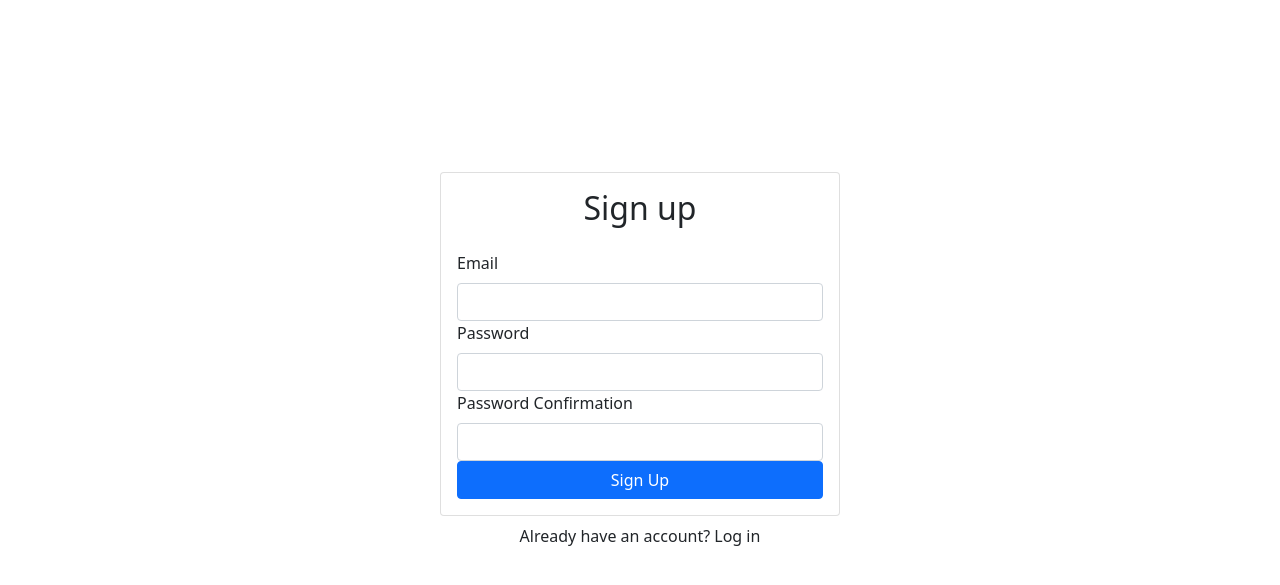
Repository: RickLeinecker/CompositionToday
Page: /login (app in frontend/)
The author's editor kept a copy of each file at every save. The page is drawn from the files as they stood at one save, then again after the next save.
The browser window is 1280 px wide. The pictures show the whole page.
The project was rebuilt for these pictures with package versions that can differ from the ones it lists, and the page was loaded fresh each time.

Above is the page before, as saved 2021-11-03 11:27:57.

After the next save:
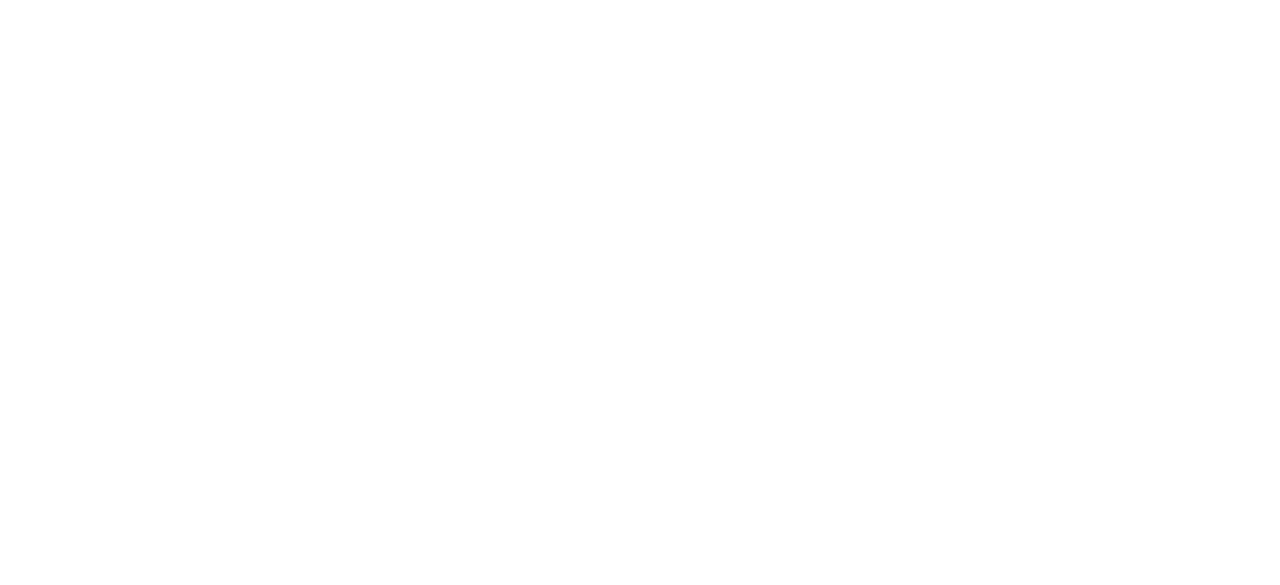
Saved 25 s later.
--- a/frontend/src/contexts/AuthContext.js
+++ b/frontend/src/contexts/AuthContext.js
@@ -32,7 +32,7 @@
 
     return (
         <AuthContext.Provider value={value}>
-            {children}
+            {loading && children}
         </AuthContext.Provider>
     )
 }

After the save that followed:
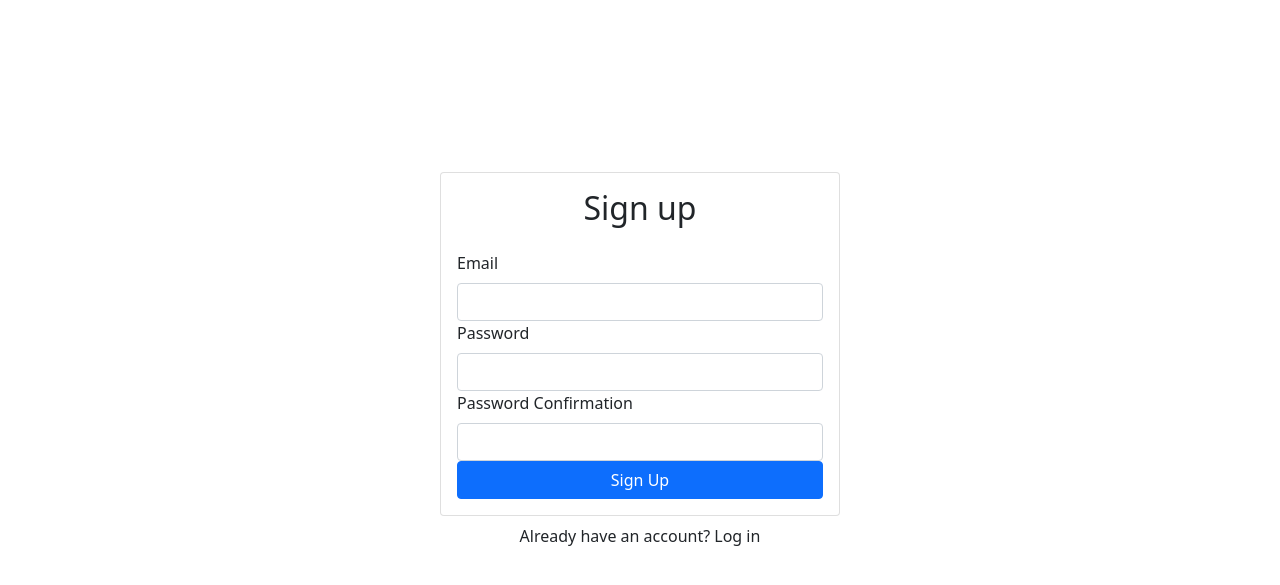
Saved 6 s later.
--- a/frontend/src/contexts/AuthContext.js
+++ b/frontend/src/contexts/AuthContext.js
@@ -32,7 +32,7 @@
 
     return (
         <AuthContext.Provider value={value}>
-            {loading && children}
+            {!loading && children}
         </AuthContext.Provider>
     )
 }
